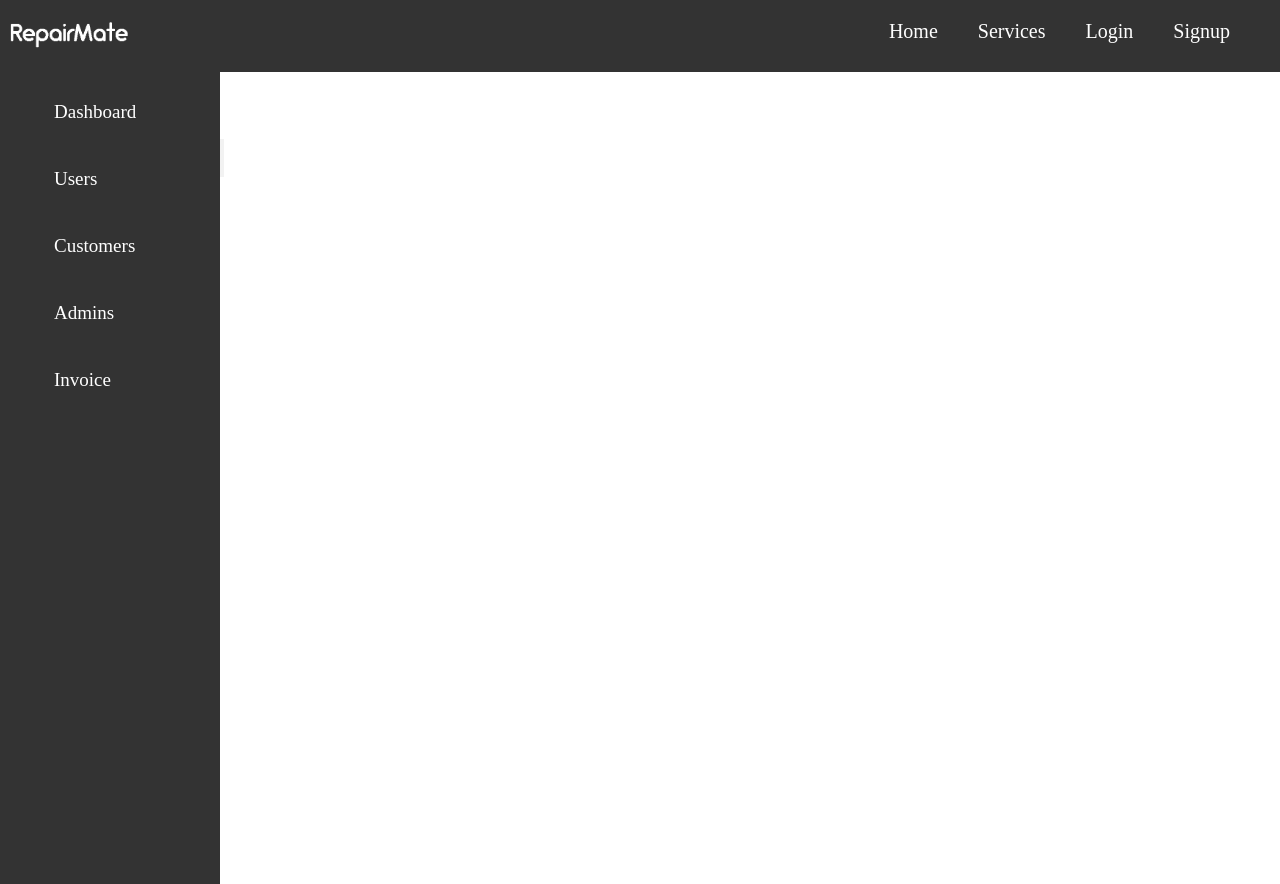
Repository: rohann12/RepairMate
Page: http://localhost/Garage/JSP/users.jsp
The author's editor kept a copy of each file at every save. The page is drawn from the files as they stood at one save, then again after the next save.
The browser window is 1280 px wide. The pictures show the whole page.
The page is served by Tomcat 9. Other server files are loaded and not shown. Queries for data that is not in the repository find no rows.

Above is the page before, as saved 2023-06-18 11:38:40.

### Garage/src/main/webapp/JSP/users.jsp
<%@ page language="java" contentType="text/html; charset=UTF-8" pageEncoding="UTF-8" %>
<%@ page import="java.sql.*" %>
<%@ page import="com.database.dbconn" %>
<!DOCTYPE html>
<html>
<head>
    <title>Users List</title>
    <style>
        table {
            border-collapse: collapse;
            margin-bottom: 20px;
        }

        th, td {
            padding: 10px;
            text-align: left;
        }

        th {
            background-color: #f2f2f2;
        }
    </style>
</head>
<body>
<jsp:include page="adminNav.jsp" />

    <%-- Establish the database connection --%>
    <%
        Connection conn = dbconn.getConnection();
        Statement stmt = conn.createStatement();

        // Retrieve users with is_admin = 2
        String query = "SELECT * FROM user WHERE is_admin = 2";
        ResultSet rs = stmt.executeQuery(query);
    %>
<div>
    <h2>Admin Users:</h2>

    <table>
        <tr>
            <th>User ID</th>
            <th>Username</th>
            <th>Email</th>
        </tr>
        <% while (rs.next()) { %>
            <tr>
                <td><%= rs.getInt("user_id") %></td>
                <td><%= rs.getString("user_name") %></td>
                <td><%= rs.getString("email") %></td>
            </tr>
        <% } %>
    </table>
</div>
    <%-- Close the database connection and result set --%>
    <%-- <% rs.close(); %>
    <% stmt.close(); %> --%>
    <!-- This closed the connection preventing the reload -->
    <%-- <% conn.close(); %> --%>
</body>
</html>

### Garage/src/main/webapp/JSP/adminNav.jsp
<%@ page language="java" contentType="text/html; charset=UTF-8"
	pageEncoding="UTF-8"%>
<!DOCTYPE html>
<html>

<style>
body {
	margin: 0;
	padding: 0;
}

.admin-navbar {
	background-color: #333;
	height: 110%;
	width: 220px;
	position: absolute;
	display: flex;
	flex-direction: column;
	justify-content: flex-start;
	align-items: center;
	padding-top: 20px;
}

.admin-navbar-links {
	width: 100%;
}

.admin-navbar-links ul {
	list-style-type: none;
	margin: 0;
	padding: 0;
}

.navbar-links li {
	margin-bottom: 10px;
}

.admin-navbar-links li a {
	display: block;
	padding: 9px 54px 36px;
	color: #fff;
	text-decoration: none;
	font-size: 19px;
	transition: background-color 0.3s;
}

.admin-navbar-links li a:hover {
	background-color: #555;
}

.content {
	margin-left: 220px;
	padding: 20px;
}
</style>
</head>
<body>

	<jsp:include page="nav.jsp" />
	<div class="admin-navbar">

		<div class="admin-navbar-links">
			<ul>
				<li><a href="adminDash.jsp">Dashboard</a></li>
				<li><a href="users.jsp">Users</a></li>
				<li><a href="customers.jsp">Customers</a></li>
				<li><a href="admins.jsp">Admins</a></li>
				<li><a href="invoice.jsp">Invoice</a></li>
<!-- 				<li><a href="report.jsp">Report</a></li> -->
			</ul>
		</div>
	</div>
</body>
</html>

### Garage/src/main/webapp/JSP/nav.jsp
<%@page contentType="text/html" pageEncoding="UTF-8"%>
<%@page import="javax.servlet.http.HttpSession"%>

<style>
nav {
  background-color: #333;
  padding: 10px;
  display: flex;
  justify-content: space-between;
  align-items: center;
}

.navbar-logo img {
  height: 40px;
}

.navbar-links ul {
  list-style-type: none;
  margin: 0;
  padding: 0;
  display: flex;
}

.navbar-links li {
  margin-right: 20px;
}

.navbar-links li a {
  color: #fff;
  text-decoration: none;
  font-size: 16px;
  font-size: 20px;
    margin-right: 20px;


}

.navbar-links li a:hover {
  color: #ff6600;

}
.navbar-logo{
margin-top:8px;
}
</style>
<nav>
  <div class="navbar-logo">

      <a href=index.jsp><img src="../Contents/logo.png" alt="Logo"></a>


  </div>
  <div class="navbar-links">
    <ul>
      <li><a href="index.jsp">Home</a></li>
      <li><a href="order.jsp">Services</a></li>

       <%-- Checking session to determine login/logout links --%>
      <%
        HttpSession s = request.getSession(false);
        if (s != null && s.getAttribute("username") != null) {
          // User is logged in, show logout link
          %>
          <li class="jobs"><a href="jobs.jsp">Jobs</a></li>
          <li class="logout"><a href="logout.jsp">Logout</a></li>

          <%
        } else {
          // User is not logged in, show login link
          %>
          <li class="login"><a href="login.jsp">Login</a></li>
          <li class="Signup"><a href="reg.jsp">Signup</a></li>
          <%
        }
      %>
    </ul>
  </div>
</nav>

### Garage/src/main/java/com/database/dbconn.java
package com.database;

import java.sql.Connection;
import java.sql.DriverManager;
import java.sql.*;

public class dbconn {
    private static Connection conn;

    static {
        String url = "jdbc:mysql://localhost:3306/repairmate";
        String username = "root";
        String password = "";

        try {
            Class.forName("com.mysql.jdbc.Driver");
            conn = DriverManager.getConnection(url, username, password);
            System.out.println("Database connected");
        } catch (Exception e) {
            System.out.println(e);
        }
    }

    public static Connection getConnection() {
        return conn;
    }

    public static void closeConnection() {
        try {
            if (conn != null && !conn.isClosed()) {
                conn.close();
                System.out.println("Database connection closed");
            }
        } catch (SQLException e) {
            System.out.println("Error while closing the database connection: " + e.getMessage());
        }
    }
}

After the next save:
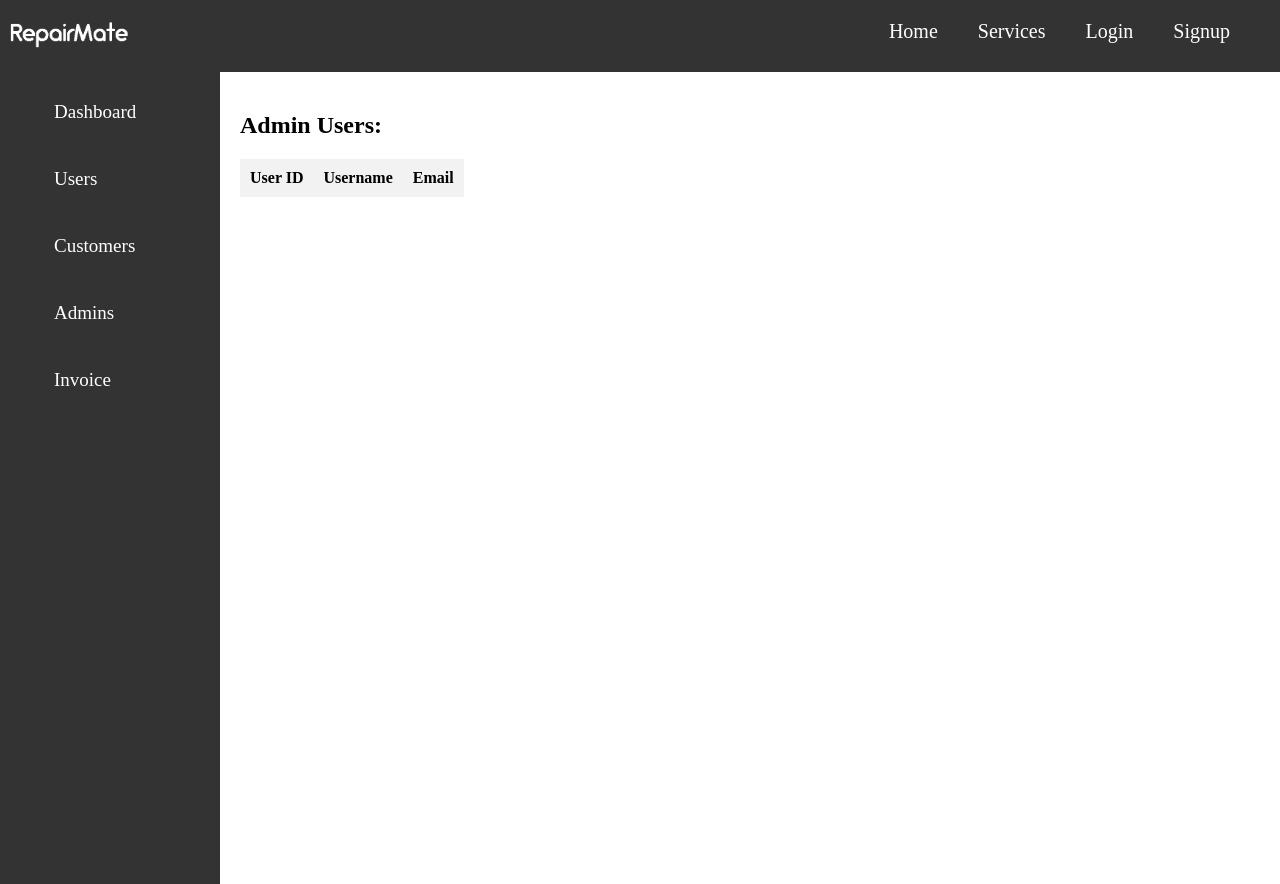
Saved 7 min 32 s later.
--- a/Garage/src/main/webapp/JSP/users.jsp
+++ b/Garage/src/main/webapp/JSP/users.jsp
@@ -33,7 +33,7 @@
         String query = "SELECT * FROM user WHERE is_admin = 2";
         ResultSet rs = stmt.executeQuery(query);
     %>
-<div>
+<div class="content">
     <h2>Admin Users:</h2>
 
     <table>
